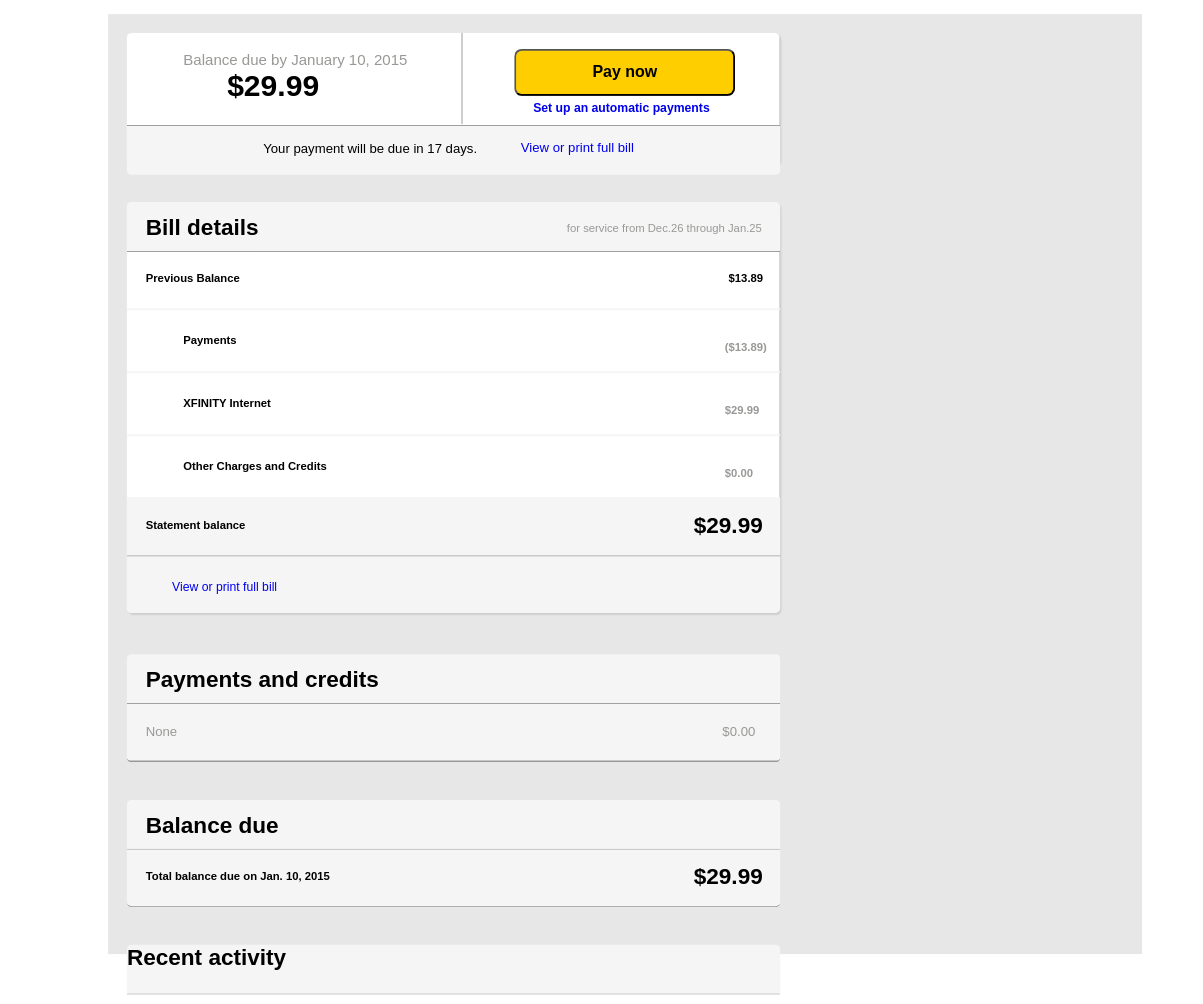
Repository: Sakivaday/UI-TSQ
Page: Aptana Studio 3 Workspace/tsq/assignment3/comcast2.html
These files come from the project's save history. The page is drawn as it stood at one moment and after the next save; the edit follows.
The browser window is 1280 px wide. The pictures show the whole page, at 94% of full size.
Pictures or frames that could not be fetched are drawn as grey boxes.

Above is the page before, as saved 2015-01-22 00:34:12.

After the next save:
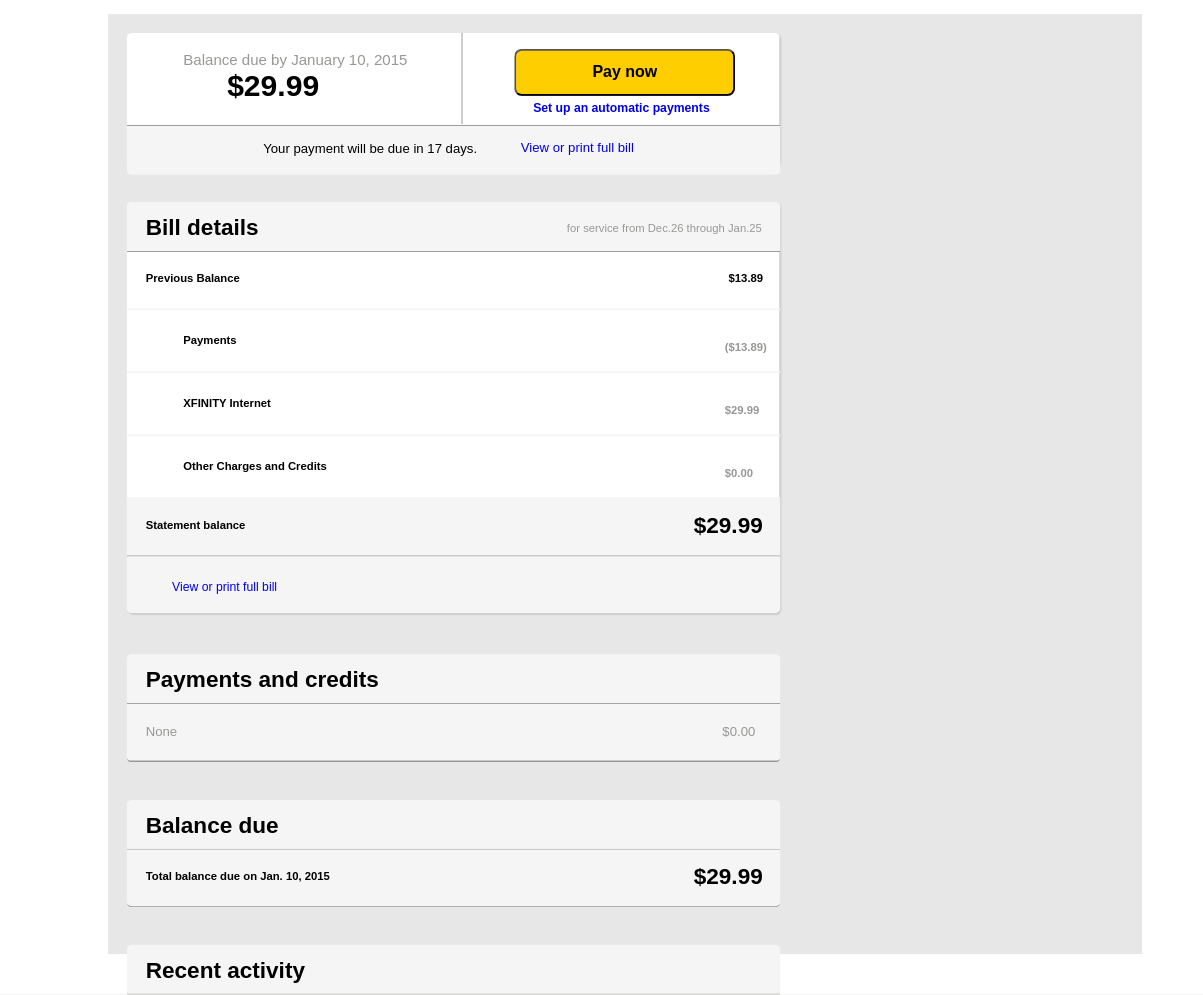
Saved 27 s later.
--- a/Aptana Studio 3 Workspace/tsq/assignment3/comcst2.css
+++ b/Aptana Studio 3 Workspace/tsq/assignment3/comcst2.css
@@ -290,8 +290,8 @@ button{
 	margin-left:20px;
 	margin-top: 40px;
 }
-.balance h2{
-	margin-top: 13px;
-	margin-left: 20px;
-	float: left;
-}
+.recentactivity h2{
+	margin-top: 13px;
+	margin-left: 20px;
+	float: left;
+}
